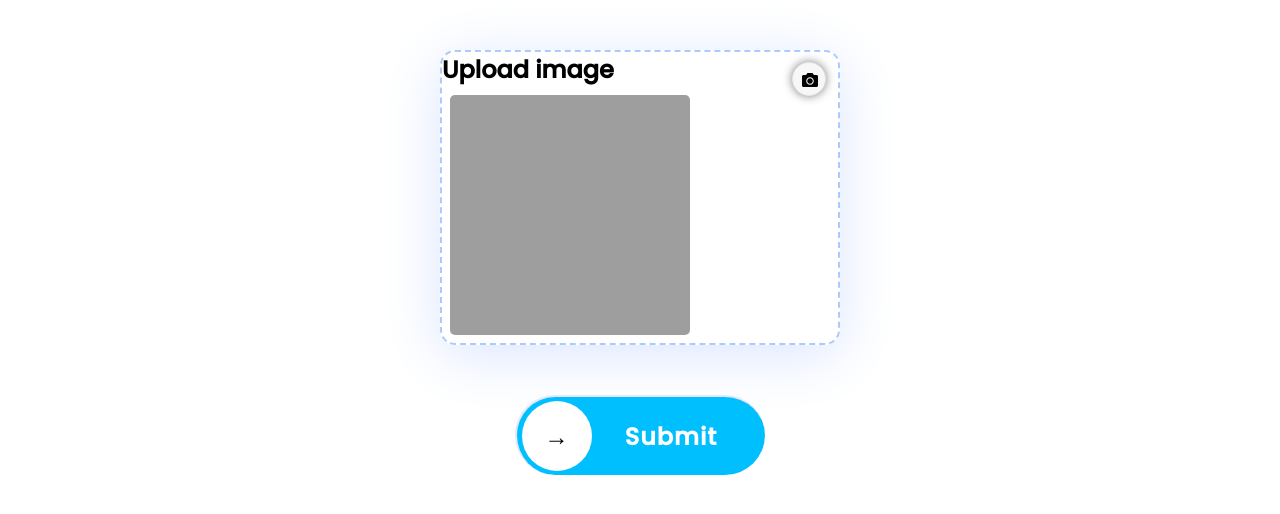
Repository: ThuongDuy/Phan_loai_anh
Page: hcsdlpt/index.html
These files come from the project's save history. The page is drawn as it stood at one moment and after the next save; the edit follows.
The browser window is 1280 px wide. The pictures show the whole page.
Pictures or frames that could not be fetched are drawn as grey boxes.

Above is the page before, as saved 2023-06-02 00:37:29.

### hcsdlpt/index.html
<!DOCTYPE html>
<html lang="en">

<head>
    <meta charset="UTF-8">
    <meta http-equiv="X-UA-Compatible" content="IE=edge">
    <meta name="viewport" content="width=device-width, initial-scale=1.0">
    <title>Document</title>
    <link rel="stylesheet" href="https://fonts.googleapis.com/css2?family=Poppins:wght@300;400;500&amp;display=swap">
    <link rel="stylesheet" href="https://unpkg.com/boxicons@2.0.7/css/boxicons.min.css">
    <link rel="stylesheet" href="./main.css">
</head>

<body>

    <div class="avatar-upload">
        <h2>Upload image</h2>
        <div class="avatar-edit">
            <input type="file" id="imageUpload" accept=".png, .jpg, .jpeg" class="txt-file">
            <label for="imageUpload" class="label-upload">
                <i id="camera" class="fas fa-camera"></i>
            </label>
        </div>

        <div class="avatar-preview">
            <div id="imagePreview" style="background-image: url('upload.png');"></div>
        </div>
    </div>

    <button class="btn" id="btnSubmit">Submit<span>&#8594;</span></button>

    <link rel="stylesheet" href="https://cdnjs.cloudflare.com/ajax/libs/font-awesome/5.15.2/css/all.min.css"
        integrity="sha512-HK5fgLBL+xu6dm/Ii3z4xhlSUyZgTT9tuc/hSrtw6uzJOvgRr2a9jyxxT1ely+B+xFAmJKVSTbpM/CuL7qxO8w=="
        crossorigin="anonymous" />

    <script src="https://cdnjs.cloudflare.com/ajax/libs/jquery/3.7.0/jquery.min.js"
        integrity="sha512-3gJwYpMe3QewGELv8k/BX9vcqhryRdzRMxVfq6ngyWXwo03GFEzjsUm8Q7RZcHPHksttq7/GFoxjCVUjkjvPdw=="
        crossorigin="anonymous" referrerpolicy="no-referrer"></script>
    <script src="./scripts.js"></script>
</body>

</html>

### hcsdlpt/main.css
.avatar-upload {
    /* position: relative;
    max-width: 400px;
    margin: 50px auto; */
    position: relative;
    max-width: 400px;
    border-radius: 15px;
    border: 2px dashed rgb(171, 202, 255);
    margin: 50px auto;
    box-shadow: 0 10px 60px rgb(218, 229, 255);
}

.avatar-edit {
    position: absolute;
    right: 12px;
    top: 10px;
    z-index: 1;
}

#camera {
    position: absolute;
    top: 10px;
    left: 10px;
}

.txt-file {
    display: none;
}

.label-upload {
    display: inline-block;
    width: 34px;
    height: 34px;
    background: #f7f7f7;
    margin-bottom: 0;
    border-radius: 100%;
    border: 1px solid #e5e5e5;
    box-shadow: 0 0 10px rgba(0, 0, 0, 0.5);
    cursor: pointer;
    transition: .3s ease;
}

.label-upload:hover {
    background: #e5e5e5;
}

.avatar-preview {
    width: 256px;
    height: 256px;
    position: relative;
    border-radius: 5px;
    padding: 8px;
    /* border: 1px solid #e5e5e5; */
}

.avatar-preview>div {
    width: 100%;
    height: 100%;
    border-radius: 5px;
    background-size: cover;
    background-repeat: no-repeat;
    background-position: center;
}

* {
    margin: 0;
    padding: 0;
    box-sizing: border-box;
    font-family: Poppins;
}

button {
    border: none;
    outline: none;
}

.btn {
    position: relative;
    width: 250px;
    height: 80px;
    display: grid;
    place-items: center;
    background: #00bfff;
    color: #fff;
    border-radius: 80px;
    font-size: 1.5rem;
    font-weight: 700;
    letter-spacing: 1px;
    text-decoration: none;
    border-top: 2px solid #e6e6fa;
    border-left: 2px solid #e6e6fa;
    padding-left: 60px;
    overflow: hidden;
    transition: 0.5s ease-in-out;
    margin: auto;
    cursor: pointer;
}

.btn:hover {
    padding-left: 0;
    padding-right: 60px;
    color: #fff;
}

.btn span {
    position: absolute;
    display: grid;
    place-items: center;
    left: 5px;
    width: 70px;
    height: 70px;
    background: #fff;
    color: #000;
    border-radius: 50%;
    font-size: 1.5rem;
    font-weight: 900;
    transition: 0.5s cubic-bezier(0.4, 0, 1, 1);
}

.btn:hover span {
    left: calc(100% - 76px);
}

.btn::after {
    position: absolute;
    content: "";
    width: 80px;
    height: 100%;
    z-index: 1;
    background: rgba(255, 255, 255, 0.5);
    transform: translateX(-175px) skew(25deg);
    transition: 0.75s ease-in-out;
}

.btn:hover::after {
    transform: translateX(175px) skew(25deg);
}

### hcsdlpt/scripts.js
function readURL(input) {
    if (input.files && input.files[0]) {
        var reader = new FileReader();
        reader.onload = function (e) {
            $('#imagePreview').css('background-image', 'url(' + e.target.result + ')');
            $('#imagePreview').hide();
            $('#imagePreview').fadeIn(650);
        }
        reader.readAsDataURL(input.files[0]);
    }
}

$(document).ready(function () {
    $("#imageUpload").change(function () {
        readURL(this);
    });
    $('#btnSubmit').on('click', function () {

    });

});

After the next save:
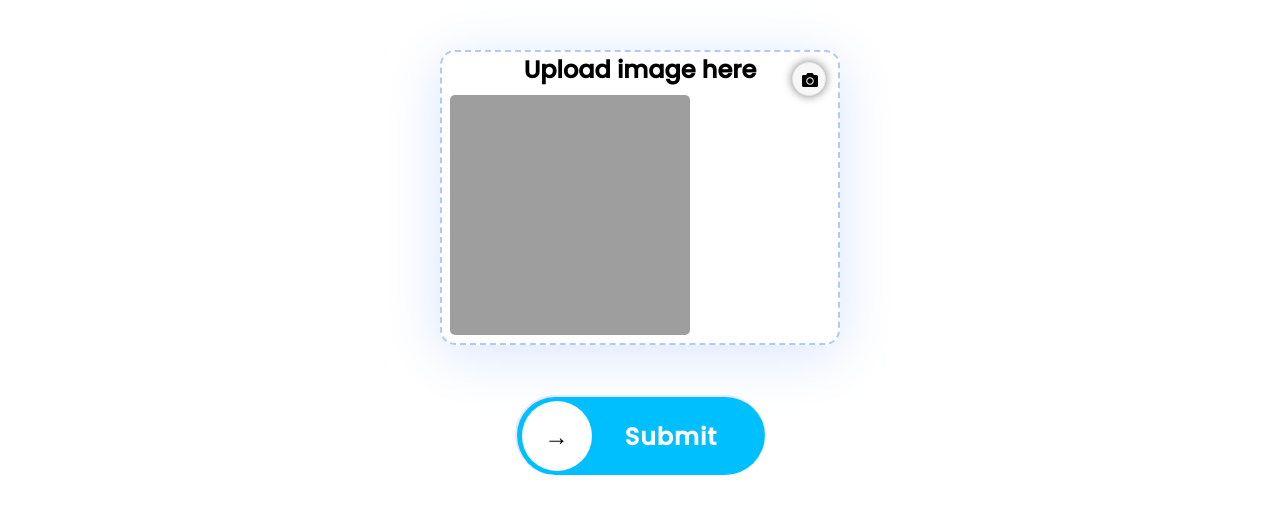
Saved 35 s later.
--- a/hcsdlpt/index.html
+++ b/hcsdlpt/index.html
@@ -14,7 +14,7 @@
 <body>
 
     <div class="avatar-upload">
-        <h2>Upload image</h2>
+        <h2 style="text-align: center;">Upload image here</h2>
         <div class="avatar-edit">
             <input type="file" id="imageUpload" accept=".png, .jpg, .jpeg" class="txt-file">
             <label for="imageUpload" class="label-upload">
